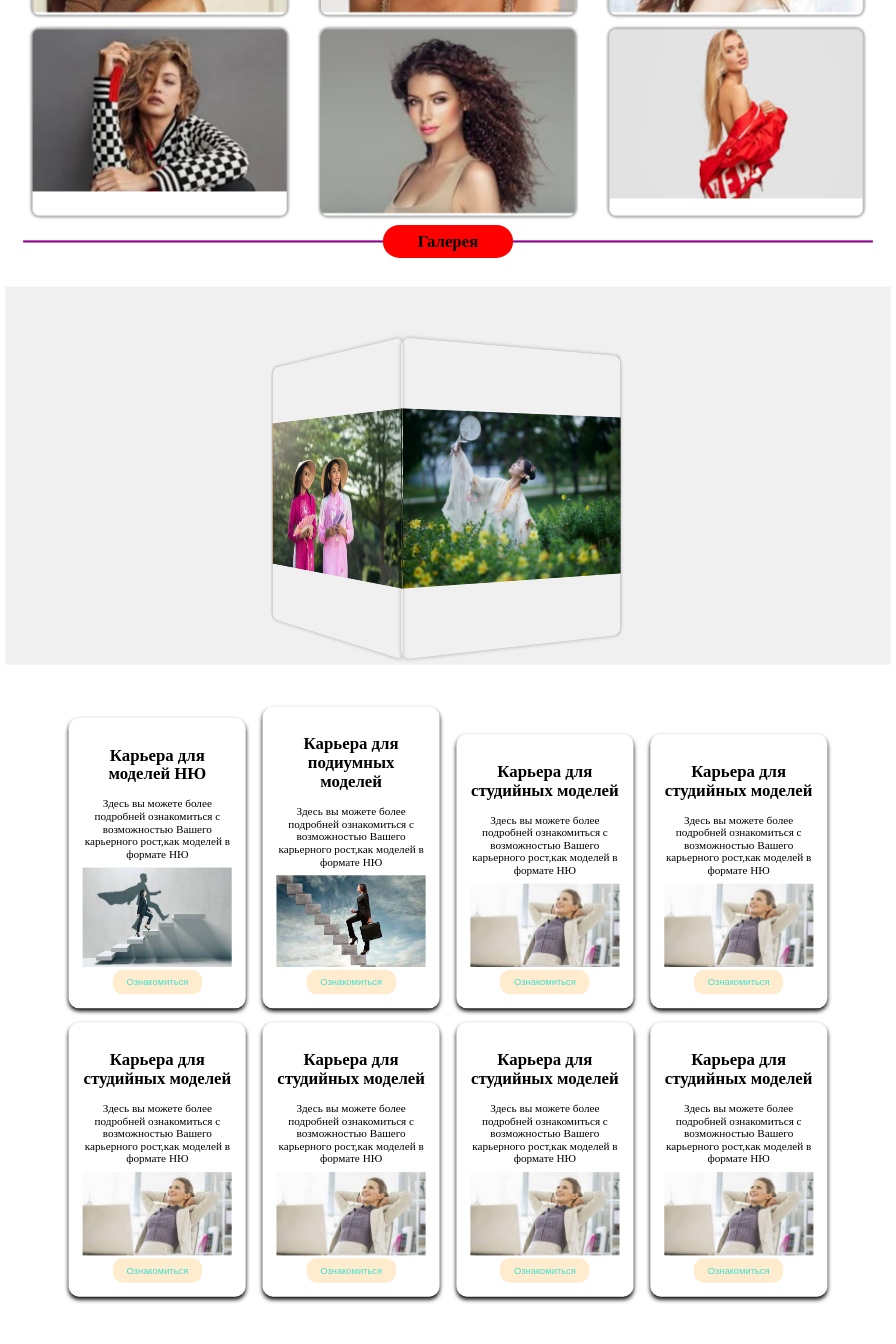
Repository: qtqqrdy13/model-studio
Page: index.html
An editor plug-in stored every save of this project. The page is shown before and after the next save, followed by the edit.
The browser window is 1280 px wide. The pictures show the part of the page from y = 1569 to 3489 px (the page is 3489 px tall before and 3077 px after), at 70% of full size.
A picture or video elsewhere on the page could not be fetched, so the positions and the page height are approximate.

Above is the page before, as saved 2023-09-01 13:33:05.

### index.html
<!DOCTYPE html>
<html lang="RU">

<head>
    <meta charset="UTF-8">
    <meta name="viewport" content="width=device-width, initial-scale=1.0">
    <title>model studio</title>
    <link rel="stylesheet" type="text/css" href="style.css">
</head>

<body>
    <header class="header">
        <div class="conteiner">
            <div class="header_inner">
                <div class="header_logo">
                    MS15
                </div>
                <nav class="nav">
                    <a class="nav_link" href="#">Про нас</a>
                    <a class="nav_link" href="#">Для моделей</a>
                    <a class="nav_link" href="#">Галерея</a>
                    <a class="nav_link" href="#">Карьера</a>
                    <a class="nav_link" href="#">Услуги</a>
                    <a class="nav_link" href="#">Контакты</a>
                </nav>
            </div>
        </div>
    </header>

    <div class="intro">
         <div class="intro__inner">
            <h2 class="intro_suptitle">
                Добро пожаловать!
            </h2>
            <h1 class="intro_title">
                На наш сайт
            </h1>
                    <a class="button">
                        Читать далее
                    </a>
        </div>
        <img src="../java/img/ответственная-стильная-девушка-отдающая-приветствие-слушая-порядок-217387674.webp" alt="">

    </div>
     <div id="about_us">
        <div class="announcement">
            <h2 class="title">
                Про нас
            </h2>
        </div>
    </div>
    <div class="welcome_conteiner">
        <div class="text_content">
            <h1>
                МЫ СУПЕР НОВАЯ КРУТАЯ МОДЕЛЬНАЯ СТУДИЯ
            </h1>
            <p>
                Lorem ipsum dolor sit amet consectetur adipiscing elit mollis interdum, ac parturient magnis ultricies congue gravida nulla vivamus sem, purus maecenas id vestibulum odio aptent facilisis ante. Finibus mi enim porta tristique ipsum conubia viverra bibendum praesent, rhoncus pellentesque senectus vestibulum odio ornare curabitur feugiat nec dictum, montes nascetur fringilla netus efficitur himenaeos elementum facilisis. Amet purus commodo vel nullam vulputate non mi sagittis ac, malesuada vehicula varius phasellus tristique tempor ullamcorper facilisis, sem quisque morbi consequat curae imperdiet eros libero.
            </p>
            <a class="clicker" href="#">
                Читать дальше
            </a>
        </div>
        <div class="image_content">
            <img src="../ргн.png">
        </div>
    </div>
    <div id="for_models">
        <div class="announcement">
            <h2 class="title">
                Для моделей
            </h2>
        </div>
    </div>
    <div class="wrapper">
        <div class="block">
            <img src="../java/img/Без названия (1).jpg">
            <div class="information">
                <h1>
                    Хочу Вас познакомить с шикарными девушками которые готовы работать в формате nu.
                </h1>
                <p>
                    Тыкайте сюда.
                </p>
                <a href="#" class="btn">
                    Далее
                </a>
            </div>
        </div>
        <div class="block">
            <img src="../java/img/Без названия (2).jpg">
            <div class="information">
                <h1>
                    Хочу Вас познакомить с шикарными девушками которые готовы работать в формате nu.
                </h1>
                <p>
                    Тыкайте сюда.
                </p>
                <a href="#" class="btn">
                    Далее
                </a>
            </div>
        </div>
        <div class="block">
            <img src="../java/img/Без названия (3).jpg">
            <div class="information">
                <h1>
                    Хочу Вас познакомить с шикарными девушками которые готовы работать в формате nu.
                </h1>
                <p>
                    Тыкайте сюда.
                </p>
                <a href="#" class="btn">
                    Далее
                </a>
            </div>
        </div>
        <div class="block">
            <img src="../java/img/images.jpg">
            <div class="information">
                <h1>
                    Хочу Вас познакомить с шикарными девушками которые готовы работать в формате nu.
                </h1>
                <p>
                    Тыкайте сюда.
                </p>
                <a href="#" class="btn">
                    Далее
                </a>
            </div>
        </div>
        <div class="block">
            <img src="../java/img/images (1).jpg">
            <div class="information">
                <h1>
                    Хочу Вас познакомить с шикарными девушками которые готовы работать в формате nu.
                </h1>
                <p>
                    Тыкайте сюда.
                </p>
                <a href="#" class="btn">
                    Далее
                </a>
            </div>
        </div>
        <div class="block">
            <img src="../java/img/images (2).jpg">
            <div class="information">
                <h1>
                    Хочу Вас познакомить с шикарными девушками которые готовы работать в формате nu.
                </h1>
                <p>
                    Тыкайте сюда.
                </p>
                <a href="#" class="btn">
                    Далее
                </a>
            </div>
        </div>
    </div>
    <div id="gallery">
        <div class="announcement">
            <h2 class="title">
                Галерея
            </h2>
        </div>
    </div>
    <div class="carusel-conteiner">
        <div class="carusel">
            <div class="slide">
                <img src="../java/img/q.webp">
            </div>
              <div class="slide">
                <img src="../java/img/w.jpg">
              </div>
                <div class="slide">
                    <img src="../java/img/e.jpg">
                </div>
                <div class="slide">
                    <img src="../java/img/r.jpg">
                </div>
                <div class="slide">
                    <img src="../java/img/t.jpg">
                </div>
            </div>
        </div>
    </div>
    <div class="suction">
        <div class="category">
            <h2>
                Карьера для моделей НЮ
            </h2>
            <p>
                Здесь вы можете более подробней ознакомиться с возможностью Вашего карьерного рост,как моделей в формате НЮ
            </p>
            <img src="../java/img/kariera2.jpg" alt="image1">
            <button class="baton">
                Ознакомиться
            </button>
        </div>
        <div class="category">
            <h2>
                Карьера для подиумных моделей
            </h2>
            <p>
                Здесь вы можете более подробней ознакомиться с возможностью Вашего карьерного рост,как моделей в формате НЮ
            </p>
            <img src="../java/img/kariera.jpg" alt="image2">
            <button class="baton">
                Ознакомиться
            </button>
        </div>
        <div class="category">
            <h2>
                Карьера для студийных моделей
            </h2>
            <p>
                Здесь вы можете более подробней ознакомиться с возможностью Вашего карьерного рост,как моделей в формате НЮ
            </p>
            <img src="../java/img/kariera3.jpg" alt="image3">
            <button class="baton">
                Ознакомиться
            </button>
        </div>
        <div class="category">
            <h2>
                Карьера для студийных моделей
            </h2>
            <p>
                Здесь вы можете более подробней ознакомиться с возможностью Вашего карьерного рост,как моделей в формате НЮ
            </p>
            <img src="../java/img/kariera3.jpg" alt="image3">
            <button class="baton">
                Ознакомиться
            </button>
        </div>
        <div class="category">
            <h2>
                Карьера для студийных моделей
            </h2>
            <p>
                Здесь вы можете более подробней ознакомиться с возможностью Вашего карьерного рост,как моделей в формате НЮ
            </p>
            <img src="../java/img/kariera3.jpg" alt="image3">
            <button class="baton">
                Ознакомиться
            </button>
        </div>
        <div class="category">
            <h2>
                Карьера для студийных моделей
            </h2>
            <p>
                Здесь вы можете более подробней ознакомиться с возможностью Вашего карьерного рост,как моделей в формате НЮ
            </p>
            <img src="../java/img/kariera3.jpg" alt="image3">
            <button class="baton">
                Ознакомиться
            </button>
        </div>
        <div class="category">
            <h2>
                Карьера для студийных моделей
            </h2>
            <p>
                Здесь вы можете более подробней ознакомиться с возможностью Вашего карьерного рост,как моделей в формате НЮ
            </p>
            <img src="../java/img/kariera3.jpg" alt="image3">
            <button class="baton">
                Ознакомиться
            </button>
        </div>
        <div class="category">
            <h2>
                Карьера для студийных моделей
            </h2>
            <p>
                Здесь вы можете более подробней ознакомиться с возможностью Вашего карьерного рост,как моделей в формате НЮ
            </p>
            <img src="../java/img/kariera3.jpg" alt="image3">
            <button class="baton">
                Ознакомиться
            </button>
        </div>
    </div>
</body>

</html>

### style.css
.header {
    background-color: burlywood;
    color: black;
    padding: 5px;
}

.conteiner {
    max-width: 1200px;
    margin: 0 auto;
}

.header_inner {
    display: flex;
    justify-content: space-between;
    align-items: center;
}

.header_logo {
    font-size: 24px;
    font-weight: bold;
}

.nav {
    display: flex;
}

.nav_link {
    margin-left: 30px;
    text-decoration: none;
    color: black;
    transition: color 0.3s ease;
    align-items: flex-end;
    justify-content: space-between;
}

.nav_link:hover {
    color: crimson;
    font-size: 20px;

}

.nav_link::before {
    position: absolute;
    width: 100%;
    background-color: deeppink;
    transform: scaleX(0);
    transition: transform 0.3s ease;

}

.nav.link:hover::before {
    transform: scaleX(1);
}

.announcement {
    height: 3px;
    background-color: darkmagenta;
    display: flex;
    justify-content: center;
    align-items: center;
    margin: 2% 2%;
}

.title {
    animation-name: fade-in;
    animation-duration: 0.3s;
    text-align: center;
    text-decoration: none;
    color: black;
    background-color: red;
    border-radius: 30px;
    padding: 10px 50px;
}

.title:hover {
    background-color: cadetblue;
    color: coral;
    font-size: 24px;
}

@keyframes fade-in {
    from {
        opacity: 0;
    }

    to {
        opacity: 1;
    }
}

.intro {
    position: relative;
    width: 100%;
    height: auto;
    display: flex;
    align-items: center;
    justify-content: center;
    overflow: hidden;



}

.intro img {
    width: 100%;
    height: auto;
    top: 0;
    left: 0;
    animation: fade-in 1s ease-in-out;
    z-index: -1;
    position: relative;
    display: inline-block;

}

.intro__inner {
    text-align: center;
    z-index: 1;
    position: absolute;
    top: 50%;
    left: 50%;
    transform: translate(-50% -50%);



}

.intro_suptitle {
    font-size: 24px;
    color: aqua;
    margin-bottom: 20px;

}

.intro_title {
    font-size: 18px;
    color: blanchedalmond;
    margin-bottom: 20px;
}

.button {
    display: inline-block;
    padding: 10px 18px;
    background-color: azure;
    color: fuchsia;
    font-size: 16px;
    text-decoration: none;
    border-radius: 5px;
}

.button:hover {
    background-color: antiquewhite;
    color: beige;
    font-size: 24px;
}

@keyframes fade-in {
    from {
        opacity: 0;
    }

    to {
        opacity: 1;
    }

}

.wrapper {
    display: flex;
    flex-wrap: wrap;
    justify-content: space-evenly;
    margin-top: 5%;

}

.block {
    width: calc(30.33% - 20px);
    margin: 10px;
    position: relative;
    overflow: hidden;
    border-radius: 10px;
    box-shadow: 0 0 5px black;



}

.block:hover {
    box-shadow: 0 0 10px black;
    transform: scale(0.9);
}

.block:hover img {
    transform: scale(1.1);
}

.block img {
    width: 100%;
    height: auto;
    object-fit: cover;

}

.information {
    position: absolute;
    bottom: 0;
    left: 0;
    width: 100%;
    padding: 15px;
    background-color: grey;
    color: red;
    opacity: 0;
    transition: opacity 0.3s ease-in-out;
}

.information h1,
p {
    margin: 0;
    padding: 0;
}

.block:hover .information {
    opacity: 1;
}

.btn {
    display: inline-block;
    padding: 10px 20px;
    background-color: brown;
    color: navy;
    text-decoration: none;
    border-radius: 15px;
    margin-top: 5px;
}

.btn:hover {
    background-color: green;
    color: pink;

}

.carusel-conteiner {
    perspective: 1000px;
    display: flex;
    justify-content: center;
    align-items: center;
    height: 75vh;
    background-color: #f0f0f0;
    margin-top: 5%;
}

.carusel {
    width: 300px;
    height: 300px;
    position: relative;
    margin: auto;
    transform-style: preserve-3d;
    animation: rotate 15s infinite linear;
    transform: translateZ(-200px);
}

.slide {
    width: 293px;
    height: 350px;
    position: absolute;
    display: flex;
    justify-content: center;
    align-items: center;
    background-color: #f0f0f0;
    box-shadow: 0px 0px 5px rgba(0, 0, 0, 0.3);
    transform-origin: center center;
    border-radius: 10px;
}

.slide img {
    max-width: 100%;
    max-height: 100%;

}

.slide:nth-child(1) {
    transform: rotateY(0deg) translateZ(200px);
}

.slide:nth-child(2) {
    transform: rotateY(72deg) translateZ(200px);
}

.slide:nth-child(3) {
    transform: rotateY(144deg) translateZ(200px);
}

.slide:nth-child(4) {
    transform: rotateY(216deg) translateZ(200px);
}

.slide:nth-child(5) {
    transform: rotateY(288deg) translateZ(200px);
}

@keyframes rotate {

    0%,
    100% {
        transform: rotateY(0deg);
    }

    20% {
        transform: rotateY(-72deg);
    }

    40% {
        transform: rotateY(-144deg);
    }

    60% {
        transform: rotateY(-216deg);
    }

    80% {
        transform: rotateY(-288deg);
    }
}

.welcome_conteiner {
    display: flex;
    align-items: center;
    justify-content: space-between;
    max-width: 1200px;
    margin: 0 auto;
    padding: 50px;
    background-color: bisque;
    box-shadow: 0px 3px 10px black;
    font-family: 'Gill Sans', 'Gill Sans MT', Calibri, 'Trebuchet MS', sans-serif;
}

.text-content {
    flex: 1;
    padding: 20px;
}

.text-content h1 {
    font-size: 36px;
    margin-bottom: 10px;
}

.text-content p {
    font-size: 18px;
    color: darkblue;
    margin-bottom: 20px;
}

.clicker {
    display: inline-block;
    padding: 10px 20px;
    background-color: navy;
    border-radius: 5px;
    color: gold;
    text-decoration: none;
    transition: background-color 0.3s ease;
    margin-top: 20px;
}

.clicker:hover {
    background-color: gold;
    color: navy;
}

.image_content {
    max-width: 100%;
    height: auto;
    animation: floatAnimation 0.3s infinite;
}

@keyframes floatAnimation {

    0%,
    100% {
        transform: translateY(0);
    }

    50% {
        transform: translateY(-10px);
    }

}

@media (max-width:768px) {
    .welcome_conteiner {
        flex-direction: column;
        text-align: center;
    }

    .image_content {
        margin-top: 20px;
    }
}

.category {
    display: inline-block;
    width: calc(20% - 20px);
    padding: 20px;
    margin: 10px;
    border-radius: 15px;
    box-shadow: 0 4px 6px black;
    transition: transform 0.2s, box-shadow 0.2s;

}

.category:hover {
    transform: translateY(-5px);
    box-shadow: 0 6px 8px black;
}

.category img {
    max-width: 100%;
    height: auto;
    margin-top: 10px;
}

.baton {
    display: inline-block;
    background-color: blanchedalmond;
    color: turquoise;
    border-radius: 15px;
    padding: 10px 20px;
    border: none;
    cursor: pointer;
}

.baton:hover {
    background-color: turquoise;
    color: blanchedalmond;

}

.suction {
    text-align: center;
    padding: 50px;

}

After the next save:
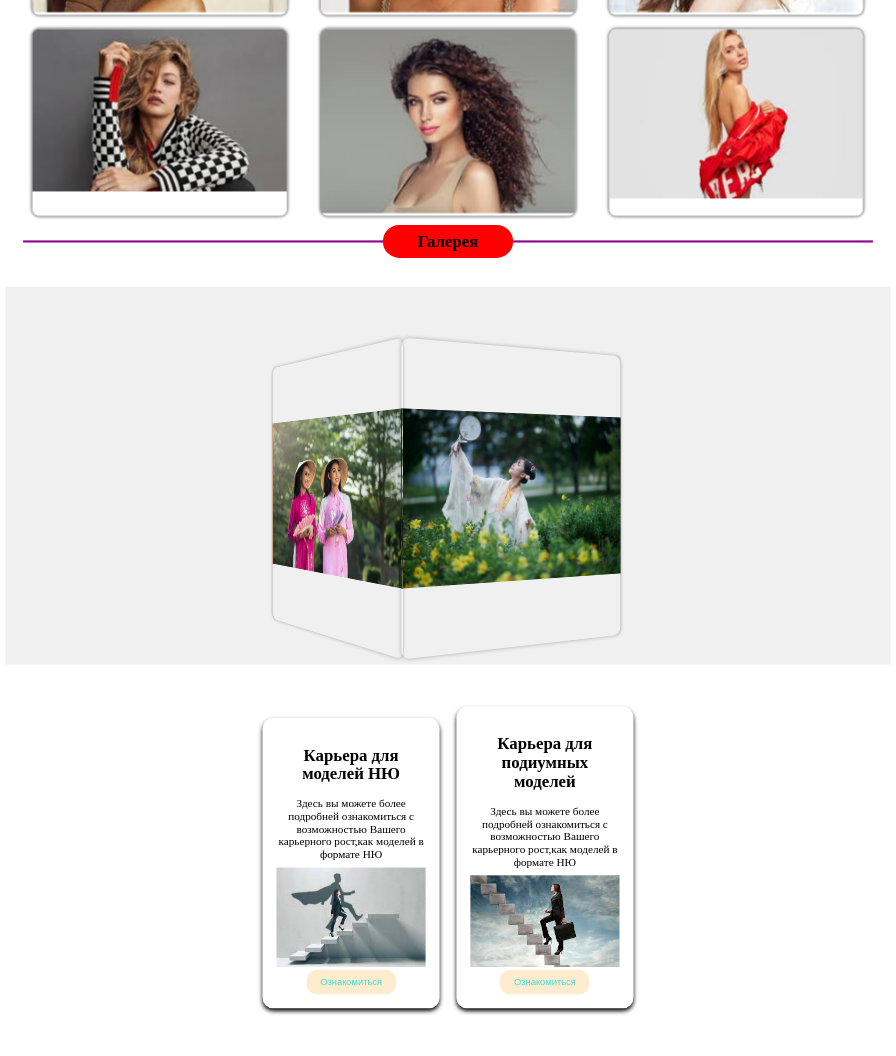
Saved 67 s later.
--- a/index.html
+++ b/index.html
@@ -210,77 +210,7 @@
                 Ознакомиться
             </button>
         </div>
-        <div class="category">
-            <h2>
-                Карьера для студийных моделей
-            </h2>
-            <p>
-                Здесь вы можете более подробней ознакомиться с возможностью Вашего карьерного рост,как моделей в формате НЮ
-            </p>
-            <img src="../java/img/kariera3.jpg" alt="image3">
-            <button class="baton">
-                Ознакомиться
-            </button>
-        </div>
-        <div class="category">
-            <h2>
-                Карьера для студийных моделей
-            </h2>
-            <p>
-                Здесь вы можете более подробней ознакомиться с возможностью Вашего карьерного рост,как моделей в формате НЮ
-            </p>
-            <img src="../java/img/kariera3.jpg" alt="image3">
-            <button class="baton">
-                Ознакомиться
-            </button>
-        </div>
-        <div class="category">
-            <h2>
-                Карьера для студийных моделей
-            </h2>
-            <p>
-                Здесь вы можете более подробней ознакомиться с возможностью Вашего карьерного рост,как моделей в формате НЮ
-            </p>
-            <img src="../java/img/kariera3.jpg" alt="image3">
-            <button class="baton">
-                Ознакомиться
-            </button>
-        </div>
-        <div class="category">
-            <h2>
-                Карьера для студийных моделей
-            </h2>
-            <p>
-                Здесь вы можете более подробней ознакомиться с возможностью Вашего карьерного рост,как моделей в формате НЮ
-            </p>
-            <img src="../java/img/kariera3.jpg" alt="image3">
-            <button class="baton">
-                Ознакомиться
-            </button>
-        </div>
-        <div class="category">
-            <h2>
-                Карьера для студийных моделей
-            </h2>
-            <p>
-                Здесь вы можете более подробней ознакомиться с возможностью Вашего карьерного рост,как моделей в формате НЮ
-            </p>
-            <img src="../java/img/kariera3.jpg" alt="image3">
-            <button class="baton">
-                Ознакомиться
-            </button>
-        </div>
-        <div class="category">
-            <h2>
-                Карьера для студийных моделей
-            </h2>
-            <p>
-                Здесь вы можете более подробней ознакомиться с возможностью Вашего карьерного рост,как моделей в формате НЮ
-            </p>
-            <img src="../java/img/kariera3.jpg" alt="image3">
-            <button class="baton">
-                Ознакомиться
-            </button>
+
         </div>
     </div>
 </body>
